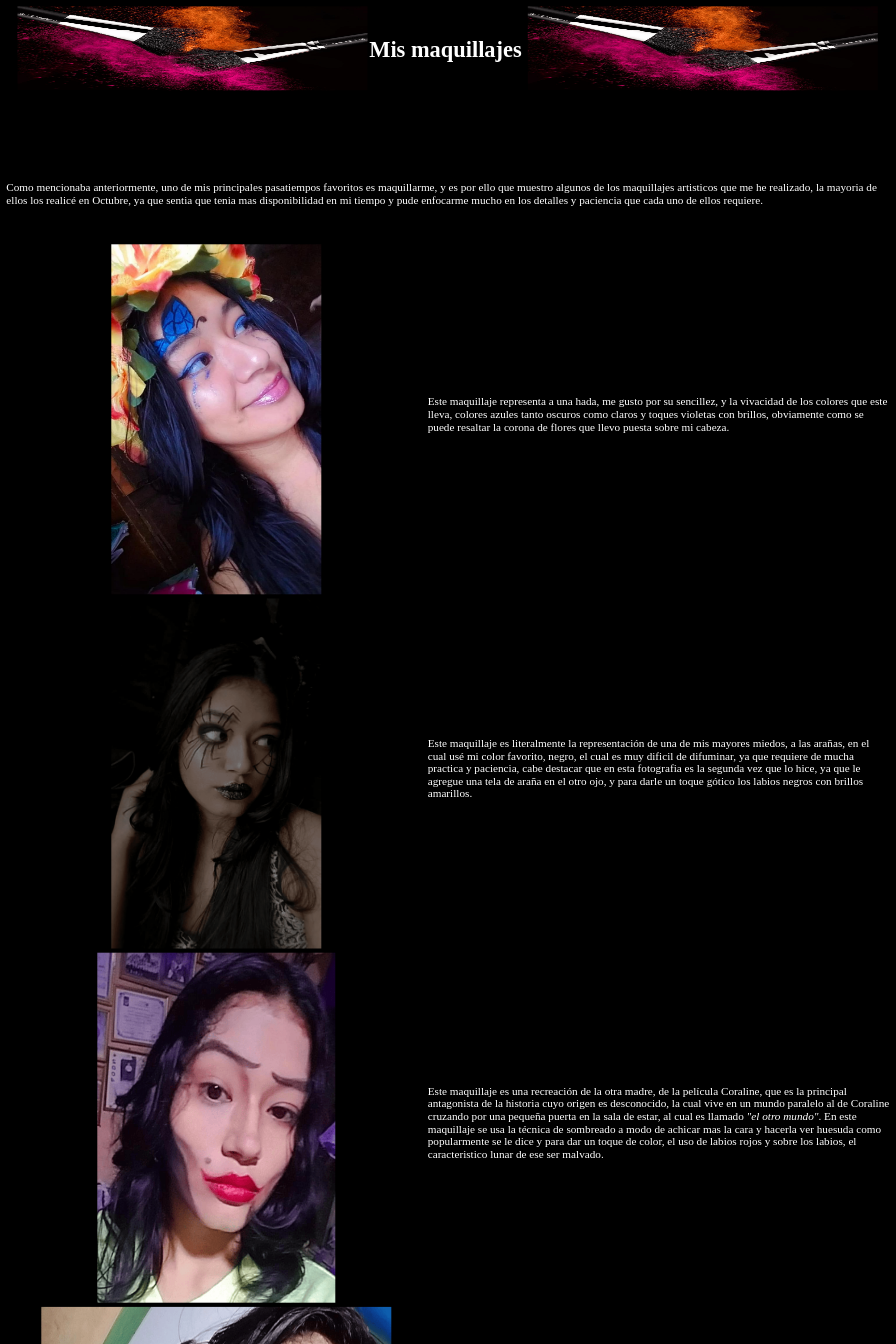
Repository: darlyn-saravia27/portafolio-darlynsaravia
Page: archivoshtml/maquillaje.html
An editor plug-in stored every save of this project. The page is shown before and after the next save, followed by the edit.
The browser window is 1280 px wide. The pictures show the part of the page from y = 0 to 1920 px (the page is 4916 px tall before and 4945 px after), at 70% of full size.

Above is the page before, as saved 2023-03-08 04:22:53.

After the next save:
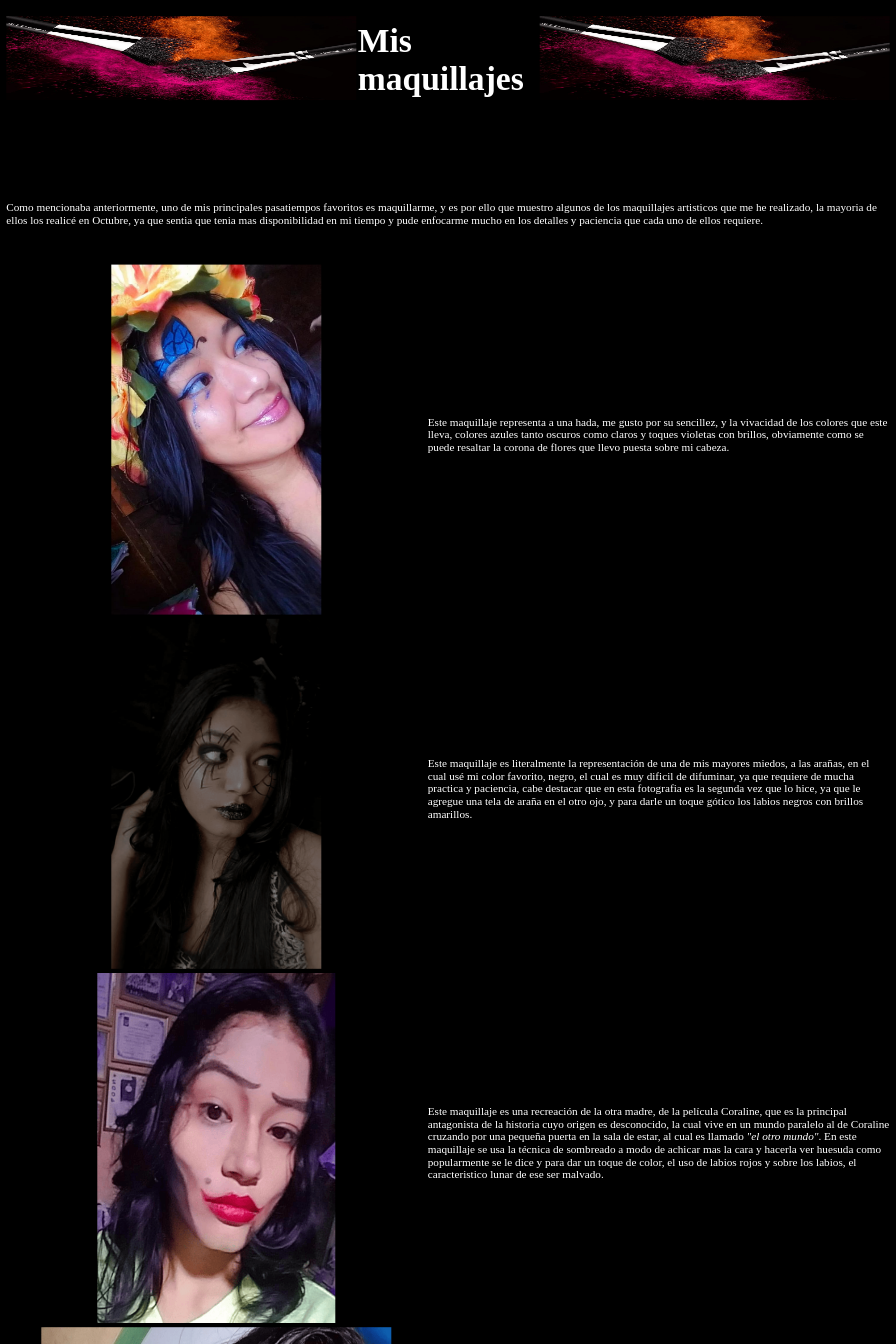
Saved 43 s later.
--- a/archivoshtml/maquillaje.html
+++ b/archivoshtml/maquillaje.html
@@ -13,7 +13,7 @@
                 <img src="Cosmetics.png" width="500px" height="120">
             </td>
             <td>
-                <h1><font color="white">Mis maquillajes</font></h1>
+                <h1><font color="white" size="7">Mis maquillajes</font></h1>
             </td>
             <td>
                 <img src="Cosmetics.png" width="500px" height="120px">
